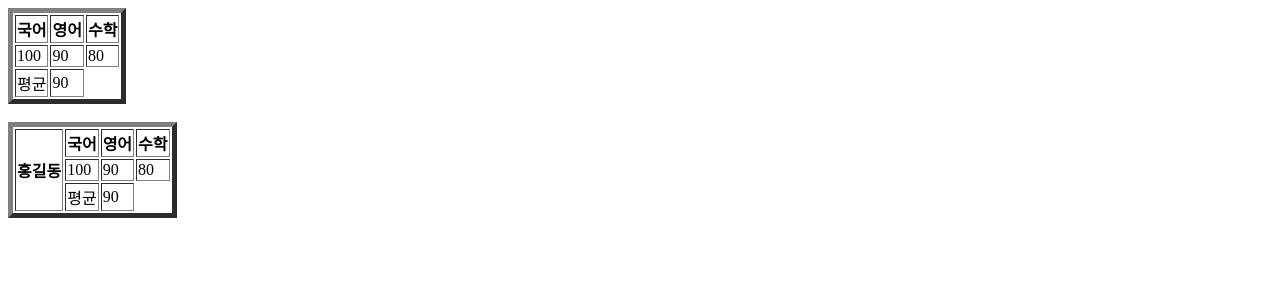
Repository: tjdwlsaos22/TJ_JSP
Page: jsp/HTML/src/main/webapp/Lec04.html
These files come from the project's save history. The page is drawn as it stood at one moment and after the next save; the edit follows.
The browser window is 1280 px wide. The pictures show the whole page.

Above is the page before, as saved 2024-01-17 03:10:15.

### jsp/HTML/src/main/webapp/Lec04.html
<!DOCTYPE html>
<html>
	<head>
		<meta charset="UTF-8">
		<title>Table Tag</title>
	</head>
	<body>
		<table border="5">
			<tr>
				<th>국어</th>
				<th>영어</th>
				<th>수학</th>
			</tr>
			<tr>
				<td>100</td>
				<td>90</td>
				<td>80</td>
			</tr>
			<tr>
				<td colspan="1">평균</td>
				<td>90</td>
			</tr>
		</table>
		<br>
		<table border="5">
			<tr>
				<th rowspan="3">홍길동</th>
				<th>국어</th>
				<th>영어</th>
				<th>수학</th>
			</tr>
			<tr>
				<td>100</td>
				<td>90</td>
				<td>80</td>
			</tr>
			<tr>
				<td colspan="1">평균</td>
				<td>90</td>
			</tr>
		</table>
	</body>
</html>

After the next save:
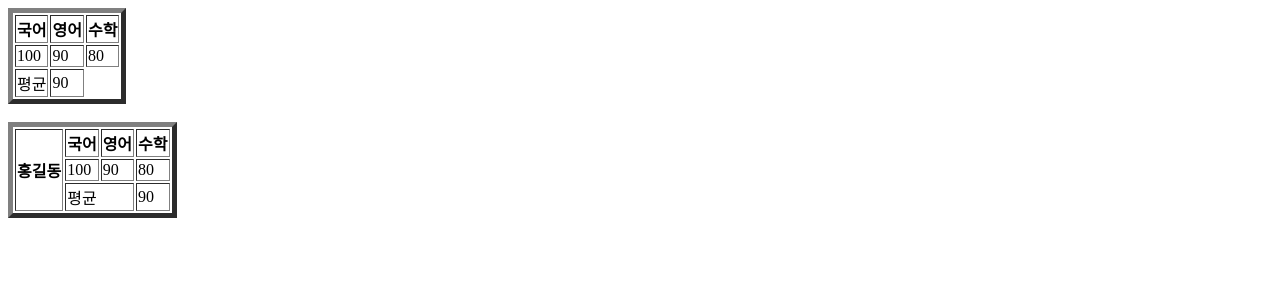
Saved 6 s later.
--- a/jsp/HTML/src/main/webapp/Lec04.html
+++ b/jsp/HTML/src/main/webapp/Lec04.html
@@ -35,7 +35,7 @@
 				<td>80</td>
 			</tr>
 			<tr>
-				<td colspan="1">평균</td>
+				<td colspan="2">평균</td>
 				<td>90</td>
 			</tr>
 		</table>
